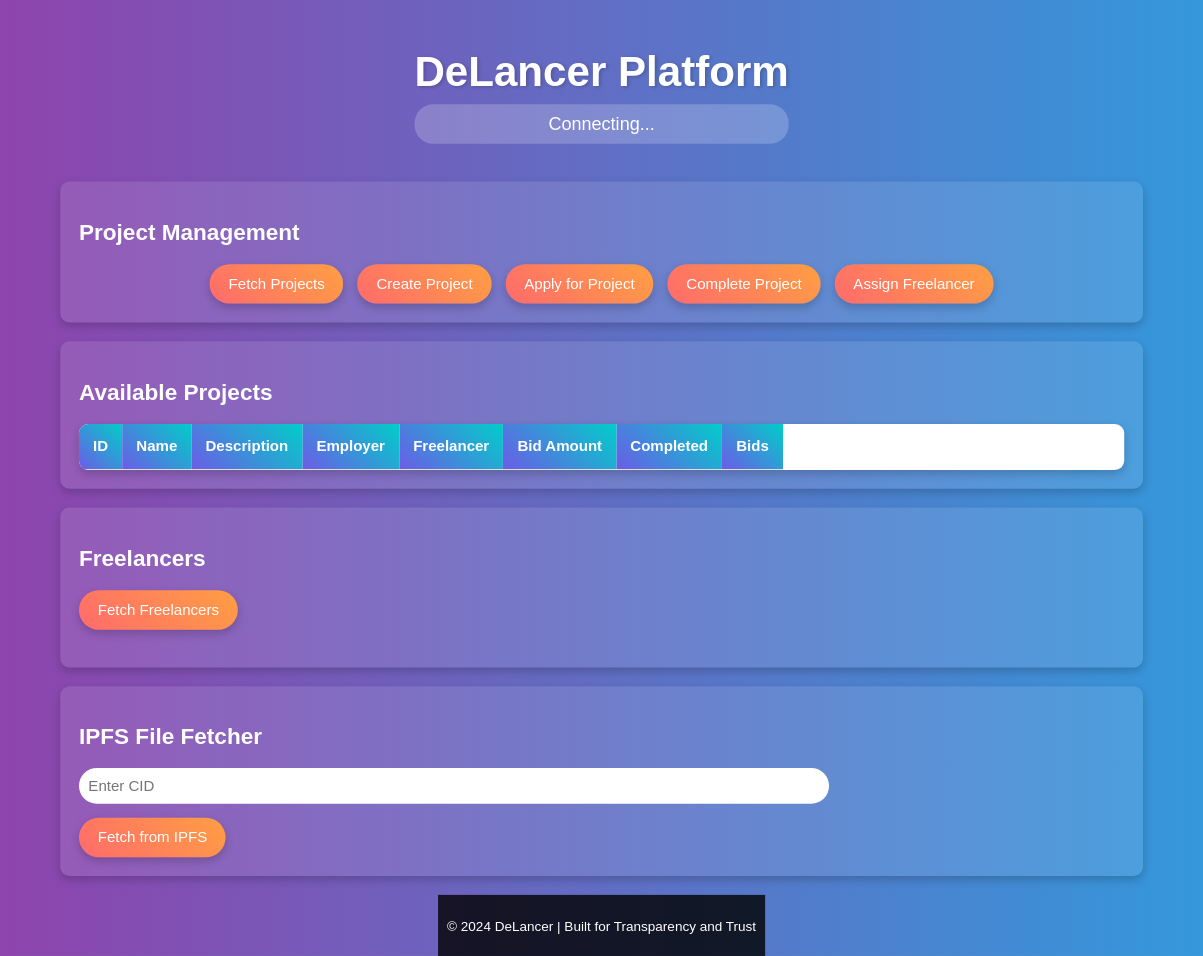
Repository: navjoth/DeLancer
Page: public/index.html
These files come from the project's save history. The page is drawn as it stood at one moment and after the next save; the edit follows.
The browser window is 1280 px wide. The pictures show the whole page, at 94% of full size.

Above is the page before, as saved 2025-03-08 00:48:55.

### public/index.html
<!DOCTYPE html>
<html lang="en">

<head>
    <meta charset="UTF-8">
    <meta name="viewport" content="width=device-width, initial-scale=1.0">
    <title>DeLancer</title>
    <script src="https://cdn.jsdelivr.net/npm/web3@1.6.1/dist/web3.min.js"></script>
    <link rel="stylesheet" href="style.css">
</head>

<body>
    <header>
        <h1>DeLancer Platform</h1>
        <div id="userAccount" class="status">Connecting...</div>
    </header>

    <main>
        <!-- Action Buttons Section -->
        <section class="action-section">
            <h2>Project Management</h2>
            <div class="button-group">
                <button id="fetchProjectsBtn">Fetch Projects</button>
                <button id="createProjectBtn">Create Project</button>
                <button id="applyProjectBtn">Apply for Project</button>
                <button id="completeProjectBtn">Complete Project</button>
                <button id="assignFreelancerBtn">Assign Freelancer</button>
            </div>
        </section>

        <!-- Display Sections -->
        <section class="display-section">
            <h2>Available Projects</h2>
            <table id="projectTable">
                <thead>
                    <tr>
                        <th>ID</th>
                        <th>Name</th>
                        <th>Description</th>
                        <th>Employer</th>
                        <th>Freelancer</th>
                        <th>Bid Amount</th>
                        <th>Completed</th>
                        <th>Bids</th> <!-- New column for number of bids -->
                    </tr>
                </thead>
                <tbody></tbody> <!-- Body will be populated dynamically by app.js -->
            </table>
        </section>

        <!-- Freelancer Section -->
        <section class="freelancer-section">
            <h2>Freelancers</h2>
            <button id="fetchFreelancersBtn">Fetch Freelancers</button>
            <div id="freelancerTable"></div>
        </section>

        <!-- IPFS Section -->
        <section class="ipfs-section">
            <h2>IPFS File Fetcher</h2>
            <input type="text" id="cidInput" placeholder="Enter CID" />
            <button id="fetchButton">Fetch from IPFS</button>
        </section>


    </main>

    <footer>
        <p>&copy; 2024 DeLancer | Built for Transparency and Trust</p>
    </footer>

    <script src="js/app.js"></script>
</body>

</html>

### public/js/app.js
const createProjectBtn = document.getElementById('createProjectBtn');
const applyProjectBtn = document.getElementById('applyProjectBtn');
const completeProjectBtn = document.getElementById('completeProjectBtn');
const fetchProjectsBtn = document.getElementById('fetchProjectsBtn');
const assignFreelancerBtn = document.getElementById('assignFreelancerBtn');
const projectTable = document.getElementById('projectTable');

const fetchFreelancersBtn = document.getElementById('fetchFreelancersBtn');
const freelancerTable = document.getElementById('freelancerTable'); // Correct element id reference


const contractAddress = '0x954b2C072bafa83E380e41cF1F4ee232f6F02e16';
const contractABI = [
  {
    "anonymous": false,
    "inputs": [
      {
        "indexed": false,
        "internalType": "uint256",
        "name": "id",
        "type": "uint256"
      },
      {
        "indexed": false,
        "internalType": "uint256",
        "name": "bidAmount",
        "type": "uint256"
      }
    ],
    "name": "FundsDeposited",
    "type": "event"
  },
  {
    "anonymous": false,
    "inputs": [
      {
        "indexed": false,
        "internalType": "uint256",
        "name": "id",
        "type": "uint256"
      },
      {
        "indexed": false,
        "internalType": "address",
        "name": "freelancer",
        "type": "address"
      },
      {
        "indexed": false,
        "internalType": "uint256",
        "name": "bidAmount",
        "type": "uint256"
      }
    ],
    "name": "FundsReleased",
    "type": "event"
  },
  {
    "anonymous": false,
    "inputs": [
      {
        "indexed": false,
        "internalType": "uint256",
        "name": "id",
        "type": "uint256"
      },
      {
        "indexed": false,
        "internalType": "address",
        "name": "freelancer",
        "type": "address"
      },
      {
        "indexed": false,
        "internalType": "uint256",
        "name": "bidAmount",
        "type": "uint256"
      }
    ],
    "name": "ProjectApplied",
    "type": "event"
  },
  {
    "anonymous": false,
    "inputs": [
      {
        "indexed": false,
        "internalType": "uint256",
        "name": "id",
        "type": "uint256"
      },
      {
        "indexed": false,
        "internalType": "address",
        "name": "freelancer",
        "type": "address"
      },
      {
        "indexed": false,
        "internalType": "uint256",
        "name": "bidAmount",
        "type": "uint256"
      }
    ],
    "name": "ProjectAssigned",
    "type": "event"
  },
  {
    "anonymous": false,
    "inputs": [
      {
        "indexed": false,
        "internalType": "uint256",
        "name": "id",
        "type": "uint256"
      },
      {
        "indexed": false,
        "internalType": "address",
        "name": "employer",
        "type": "address"
      },
      {
        "indexed": false,
        "internalType": "address",
        "name": "freelancer",
        "type": "address"
      },
      {
        "indexed": false,
        "internalType": "uint256",
        "name": "bidAmount",
        "type": "uint256"
      }
    ],
    "name": "ProjectCompleted",
    "type": "event"
  },
  {
    "anonymous": false,
    "inputs": [
      {
        "indexed": false,
        "internalType": "uint256",
        "name": "id",
        "type": "uint256"
      },
      {
        "indexed": false,
        "internalType": "string",
        "name": "name",
        "type": "string"
      },
      {
        "indexed": false,
        "internalType": "string",
        "name": "description",
        "type": "string"
      },
      {
        "indexed": false,
        "internalType": "address",
        "name": "employer",
        "type": "address"
      }
    ],
    "name": "ProjectCreated",
    "type": "event"
  },
  {
    "inputs": [
      {
        "internalType": "address",
        "name": "",
        "type": "address"
      }
    ],
    "name": "freelancers",
    "outputs": [
      {
        "internalType": "address",
        "name": "freelancerAddress",
        "type": "address"
      },
      {
        "internalType": "uint256",
        "name": "reputation",
        "type": "uint256"
      }
    ],
    "stateMutability": "view",
    "type": "function"
  },
  {
    "inputs": [
      {
        "internalType": "uint256",
        "name": "",
        "type": "uint256"
      },
      {
        "internalType": "address",
        "name": "",
        "type": "address"
      }
    ],
    "name": "projectBids",
    "outputs": [
      {
        "internalType": "uint256",
        "name": "amount",
        "type": "uint256"
      },
      {
        "internalType": "uint256",
        "name": "reputation",
        "type": "uint256"
      }
    ],
    "stateMutability": "view",
    "type": "function"
  },
  {
    "inputs": [],
    "name": "projectCount",
    "outputs": [
      {
        "internalType": "uint256",
        "name": "",
        "type": "uint256"
      }
    ],
    "stateMutability": "view",
    "type": "function"
  },
  {
    "inputs": [
      {
        "internalType": "uint256",
        "name": "",
        "type": "uint256"
      }
    ],
    "name": "projects",
    "outputs": [
      {
        "internalType": "uint256",
        "name": "id",
        "type": "uint256"
      },
      {
        "internalType": "string",
        "name": "name",
        "type": "string"
      },
      {
        "internalType": "string",
        "name": "description",
        "type": "string"
      },
      {
        "internalType": "address",
        "name": "employer",
        "type": "address"
      },
      {
        "internalType": "address",
        "name": "freelancer",
        "type": "address"
      },
      {
        "internalType": "uint256",
        "name": "bidAmount",
        "type": "uint256"
      },
      {
        "internalType": "bool",
        "name": "completed",
        "type": "bool"
      },
      {
        "internalType": "bool",
        "name": "isPaid",
        "type": "bool"
      },
      {
        "internalType": "uint256",
        "name": "bidCount",
        "type": "uint256"
      }
    ],
    "stateMutability": "view",
    "type": "function"
  },
  {
    "inputs": [
      {
        "internalType": "string",
        "name": "_name",
        "type": "string"
      },
      {
        "internalType": "string",
        "name": "_description",
        "type": "string"
      }
    ],
    "name": "createProject",
    "outputs": [],
    "stateMutability": "nonpayable",
    "type": "function"
  },
  {
    "inputs": [
      {
        "internalType": "uint256",
        "name": "_projectId",
        "type": "uint256"
      }
    ],
    "name": "depositFunds",
    "outputs": [],
    "stateMutability": "payable",
    "type": "function"
  },
  {
    "inputs": [
      {
        "internalType": "uint256",
        "name": "_projectId",
        "type": "uint256"
      },
      {
        "internalType": "uint256",
        "name": "_bidAmount",
        "type": "uint256"
      }
    ],
    "name": "applyForProject",
    "outputs": [],
    "stateMutability": "nonpayable",
    "type": "function"
  },
  {
    "inputs": [
      {
        "internalType": "uint256",
        "name": "_projectId",
        "type": "uint256"
      }
    ],
    "name": "assignFreelancer",
    "outputs": [],
    "stateMutability": "nonpayable",
    "type": "function"
  },
  {
    "inputs": [
      {
        "internalType": "uint256",
        "name": "_projectId",
        "type": "uint256"
      }
    ],
    "name": "completeProject",
    "outputs": [],
    "stateMutability": "nonpayable",
    "type": "function"
  },
  {
    "inputs": [
      {
        "internalType": "address",
        "name": "_freelancer",
        "type": "address"
      }
    ],
    "name": "getFreelancerReputation",
    "outputs": [
      {
        "internalType": "uint256",
        "name": "",
        "type": "uint256"
      }
    ],
    "stateMutability": "view",
    "type": "function"
  },
  {
    "inputs": [],
    "name": "getFreelancers",
    "outputs": [
      {
        "internalType": "address[]",
        "name": "",
        "type": "address[]"
      }
    ],
    "stateMutability": "view",
    "type": "function"
  }
  ];


let web3;
let contract;
let userAccount;

async function init() {
  try {
      if (window.ethereum) {
          web3 = new Web3(window.ethereum);
          await ethereum.request({ method: 'eth_requestAccounts' }); // Request account access
          const accounts = await web3.eth.getAccounts();
          userAccount = accounts[0];

          contract = new web3.eth.Contract(contractABI, contractAddress);

          document.getElementById('userAccount').textContent = `Connected Wallet: ${userAccount}`;
      } else {
          alert('MetaMask is not installed. Please install it to use this app.');
      }
  } catch (error) {
      console.error('Error initializing app:', error);
      alert('Failed to connect to wallet. Ensure MetaMask is installed and try again.');
  }
}

async function fetchFreelancers() {
  try {
    console.log("Fetching freelancers...");

    // Retrieve the total number of projects from the contract
    const projectCount = await contract.methods.projectCount().call();
    console.log(`Total projects: ${projectCount}`);

    const freelancers = new Set(); // Set to avoid duplicates
    const freelancerData = []; // Array to store freelancer details

    // Loop through all projects to collect freelancers
    for (let i = 1; i <= projectCount; i++) {
        const project = await contract.methods.projects(i).call();
        console.log(`Project ${i} details:`, project);

        // If the project has a freelancer, add to the Set
        if (project.freelancer !== '0x0000000000000000000000000000000000000000') {
            freelancers.add(project.freelancer);
        }
    }

    console.log("Freelancers found:", freelancers);

    // Fetch reputation/balance for each freelancer
    for (let freelancer of freelancers) {
        const reputation = await contract.methods.balances(freelancer).call();
        freelancerData.push({
            address: freelancer,
            reputation: reputation
        });
    }

    // Display freelancers and their reputation in the UI
    const freelancerTableElement = document.getElementById('freelancerTable');
    freelancerTableElement.innerHTML = ''; // Clear previous list

    if (freelancerData.length === 0) {
        freelancerTableElement.innerHTML = '<p>No freelancers found.</p>';
        return;
    }

    freelancerData.forEach(data => {
        const freelancerElement = document.createElement('div');
        freelancerElement.innerHTML = `
            <strong>Freelancer Address:</strong> ${data.address} <br />
            <strong>Reputation:</strong> ${data.reputation} <br />
            <hr />
        `;
        freelancerTableElement.appendChild(freelancerElement);
    });

  } catch (error) {
    console.error('Error fetching freelancers:', error);
    alert('Failed to fetch freelancers. Check the console for more details.');
  }
}

// Add an event listener to the "Fetch Freelancers" button
fetchFreelancersBtn.addEventListener('click', fetchFreelancers);


async function createProject() {
    const name = prompt('Enter the project name:');
    const description = prompt('Enter the project description:');
    if (name && description) {
        try {
            const receipt = await contract.methods.createProject(name, description).send({ from: userAccount });
            console.log('Project Created:', receipt);
            alert('Project created successfully!');
            fetchProjects();
        } catch (error) {
            console.error('Error creating project:', error);
        }
    }
}


// async function applyForProject() {
//     const projectId = prompt('Enter the project ID to apply:');
//     const bidAmount = prompt('Enter your bid amount (in wei):');
//     if (projectId && bidAmount) {
//         try {
//             const receipt = await contract.methods.applyForProject(projectId, bidAmount).send({ from: userAccount });
//             console.log('Applied for Project:', receipt);
//             alert('Application submitted successfully!');
//         } catch (error) {
//             console.error('Error applying for project:', error);
//         }
//     }
// }

async function applyForProject() {
  const projectId = prompt('Enter the project ID to apply:');
  const bidAmount = prompt('Enter your bid amount (in wei):');
  if (!projectId || isNaN(projectId) || !bidAmount || isNaN(bidAmount) || parseInt(bidAmount) <= 0) {
      alert('Invalid input. Please enter valid project ID and bid amount greater than zero.');
      return;
  }

  try {
      const project = await contract.methods.projects(projectId).call();
      if (project.employer === userAccount) {
          alert('You cannot apply for your own project.');
          return;
      }
      if (project.completed) {
          alert('This project is already completed.');
          return;
      }

      const receipt = await contract.methods.applyForProject(projectId, bidAmount).send({ from: userAccount });
      console.log('Applied for Project:', receipt);
      alert(`Application submitted successfully for Project ID: ${projectId} with Bid: ${bidAmount}`);
      fetchProjects();
  } catch (error) {
      console.error('Error applying for project:', error);
      alert('Failed to apply for the project. Please check console for details.');
  }
}



async function assignFreelancer() {
  const projectId = prompt('Enter the project ID to assign a freelancer:');
  if (!projectId || isNaN(projectId)) {
      alert('Please enter a valid project ID.');
      return;
  }

  try {
      // Ensure the user is the employer
      const project = await contract.methods.projects(projectId).call();
      if (project.employer.toLowerCase() !== userAccount.toLowerCase()) {
          alert('Only the employer can assign a freelancer!');
          return;
      }

      // Ensure there are bids
      if (project.bidCount == 0) {
          alert('No freelancers have applied to this project yet.');
          return;
      }

      // Call the assignFreelancer function
      const receipt = await contract.methods.assignFreelancer(projectId).send({ from: userAccount });
      console.log('Freelancer assigned:', receipt);
      alert('Freelancer assigned successfully!');
      fetchProjects(); // Refresh project list to show the assigned freelancer
  } catch (error) {
      console.error('Error assigning freelancer:', error);
      alert('Failed to assign freelancer. Check console for details.');
  }
}




// async function completeProject() {
//     const projectId = prompt('Enter the project ID to mark as complete:');
//     if (projectId) {
//         try {
//             const receipt = await contract.methods.completeProject(projectId).send({ from: userAccount });
//             console.log('Project Marked as Complete:', receipt);
//             alert('Project marked as complete successfully!');
//         } catch (error) {
//             console.error('Error marking project as complete:', error);
//         }
//     }
// }


async function completeProject() {
  const projectId = prompt('Enter the project ID to mark as complete:');
  if (projectId) {
      try {
          // Ensure the userAccount is the employer
          const project = await contract.methods.projects(projectId).call();
          if (project.employer.toLowerCase() !== userAccount.toLowerCase()) {
              alert('Only the employer can mark the project as complete!');
              return;
          }

          // Ensure a freelancer is assigned to the project
          if (project.freelancer === '0x0000000000000000000000000000000000000000') {
              alert('No freelancer assigned to this project!');
              return;
          }

          // Send the transaction to complete the project
          const receipt = await contract.methods.completeProject(projectId).send({ from: userAccount });
          console.log('Transaction receipt:', receipt); // Log receipt for debugging

          alert('Project marked as complete!');
          fetchProjects(); // Refresh project list

      } catch (error) {
          console.error('Error completing project:', error);
          alert('Failed to complete project. Check the console for details.');
      }
  }
}








async function fetchProjects() {
  try {
      const projectCount = await contract.methods.projectCount().call();
      projectTable.innerHTML = ''; // Clear the table before reloading

      for (let i = 1; i <= projectCount; i++) {
          const project = await contract.methods.projects(i).call();
          const row = document.createElement('tr');

          row.innerHTML = `
              <td>${project.id}</td>
              <td>${project.name}</td>
              <td>${project.description}</td>
              <td>${project.employer}</td>
              <td>${project.freelancer || 'Not Assigned'}</td>
              <td>${project.bidAmount || 'N/A'}</td>
              <td>${project.completed ? 'Yes' : 'No'}</td>
              <td>${project.bidCount || '0'}</td> <!-- Show number of bids -->
          `;

          projectTable.appendChild(row);
      }
  } catch (error) {
      console.error('Error fetching projects:', error);
      alert('Failed to fetch projects. Check console for details.');
  }
}

// async function fetchProjects(projectId) {
//   try {
//       const project = await contract.methods.projects(projectId).call();
//       console.log('Project Details:', project);
//       alert(`Project ID: ${project.id}
//       Name: ${project.name}
//       Description: ${project.description}
//       Employer: ${project.employer}
//       Freelancer: ${project.freelancer || 'N/A'}
//       Bid Amount: ${web3.utils.fromWei(project.bidAmount, 'ether') || 'N/A'} ETH
//       Completed: ${project.completed ? 'Yes' : 'No'}`);
//   } catch (error) {
//       console.error('Error fetching project details:', error);
//       alert('Failed to fetch project details. Check console for details.');
//   }
// }



// async function switchToFreelancer() {
//   try {
//       const receipt = await contract.methods.changeRole(1).send({ from: userAccount }); // 1 = Freelancer
//       alert("Role switched to Freelancer successfully!");
//   } catch (error) {
//       console.error("Error switching role:", error);
//       alert("Failed to switch role. Check console for details.");
//   }
// }






createProjectBtn.addEventListener('click', createProject);
applyProjectBtn.addEventListener('click', applyForProject);
completeProjectBtn.addEventListener('click', completeProject);
fetchProjectsBtn.addEventListener('click', fetchProjects);
assignFreelancerBtn.addEventListener('click', assignFreelancer);

window.addEventListener('load', init);

Loaded but not shown: public/style.css (176 lines, source omitted)

After the next save:
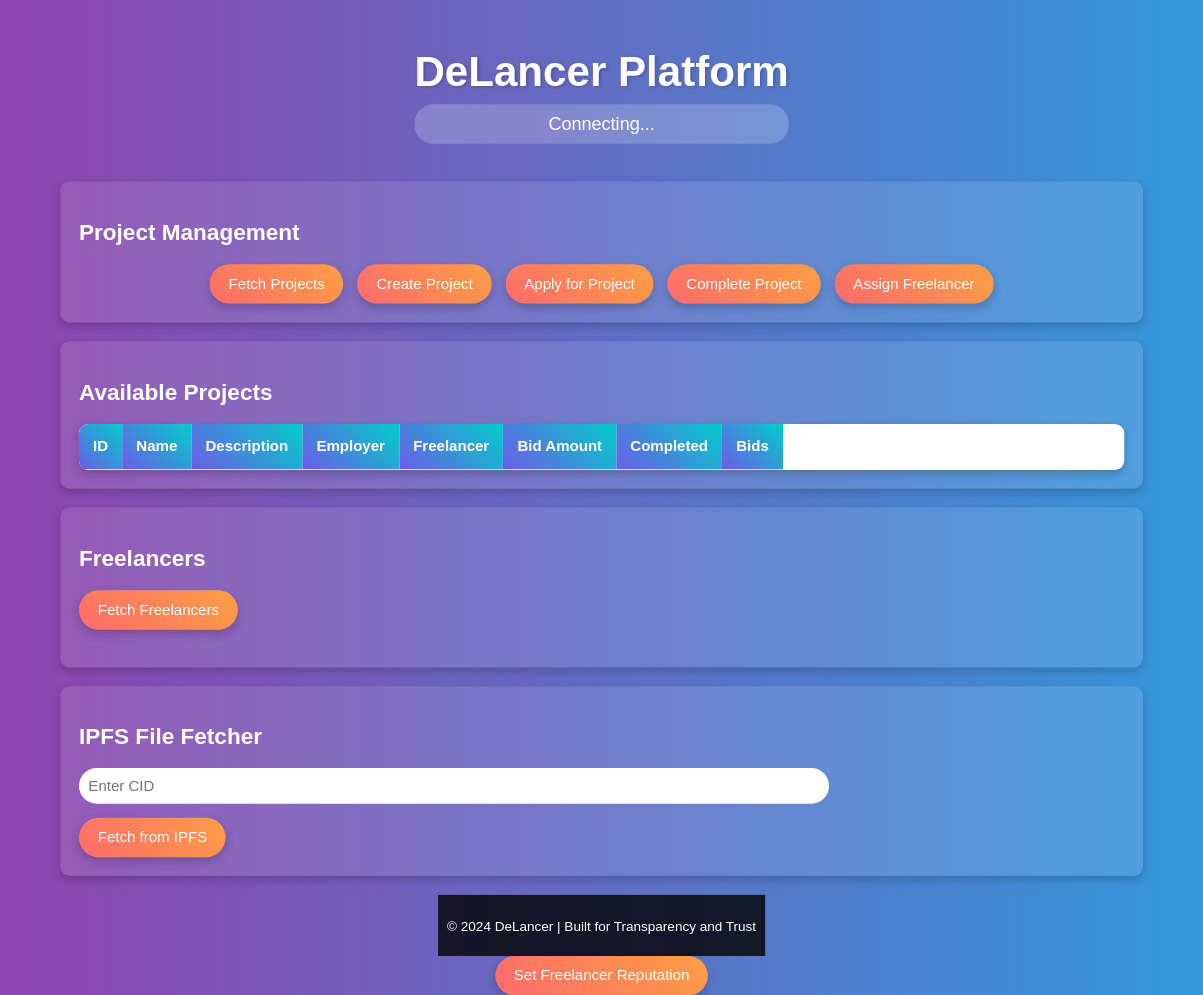
Saved 19 min 37 s later.
--- a/public/js/app.js
+++ b/public/js/app.js
@@ -4,6 +4,10 @@ const completeProjectBtn = document.getElementById('completeProjectBtn');
 const fetchProjectsBtn = document.getElementById('fetchProjectsBtn');
 const assignFreelancerBtn = document.getElementById('assignFreelancerBtn');
 const projectTable = document.getElementById('projectTable');
+const setReputationBtn = document.createElement('button');
+setReputationBtn.id = 'setReputationBtn';
+setReputationBtn.textContent = 'Set Freelancer Reputation';
+document.querySelector('body').appendChild(setReputationBtn);
 
 const fetchFreelancersBtn = document.getElementById('fetchFreelancersBtn');
 const freelancerTable = document.getElementById('freelancerTable'); // Correct element id reference
@@ -528,6 +532,8 @@ async function applyForProject() {
 
   try {
       const project = await contract.methods.projects(projectId).call();
+      console.log('Project details:', project);
+      console.log('Current user:', userAccount);
       if (project.employer === userAccount) {
           alert('You cannot apply for your own project.');
           return;
@@ -537,7 +543,7 @@ async function applyForProject() {
           return;
       }
 
-      const receipt = await contract.methods.applyForProject(projectId, bidAmount).send({ from: userAccount });
+      const receipt = await contract.methods.applyForProject(projectId, bidAmount).send({ from: userAccount, gas: 3000000 });
       console.log('Applied for Project:', receipt);
       alert(`Application submitted successfully for Project ID: ${projectId} with Bid: ${bidAmount}`);
       fetchProjects();
@@ -547,7 +553,23 @@ async function applyForProject() {
   }
 }
 
-
+async function setFreelancerReputation() {
+  const freelancerAddress = prompt('Enter the freelancer address:');
+  const reputation = prompt('Enter the reputation score:');
+  if (!freelancerAddress || !reputation || isNaN(reputation) || parseInt(reputation) < 0) {
+      alert('Invalid input. Please enter a valid address and reputation score.');
+      return;
+  }
+
+  try {
+      const receipt = await contract.methods.setFreelancerReputation(freelancerAddress, reputation).send({ from: userAccount });
+      console.log('Reputation set:', receipt);
+      alert(`Reputation set for ${freelancerAddress}: ${reputation}`);
+  } catch (error) {
+      console.error('Error setting reputation:', error);
+      alert('Failed to set reputation. Check console for details.');
+  }
+}
 
 async function assignFreelancer() {
   const projectId = prompt('Enter the project ID to assign a freelancer:');
@@ -695,8 +717,7 @@ async function fetchProjects() {
 
 
 
-
-
+setReputationBtn.addEventListener('click', setFreelancerReputation);
 
 createProjectBtn.addEventListener('click', createProject);
 applyProjectBtn.addEventListener('click', applyForProject);
